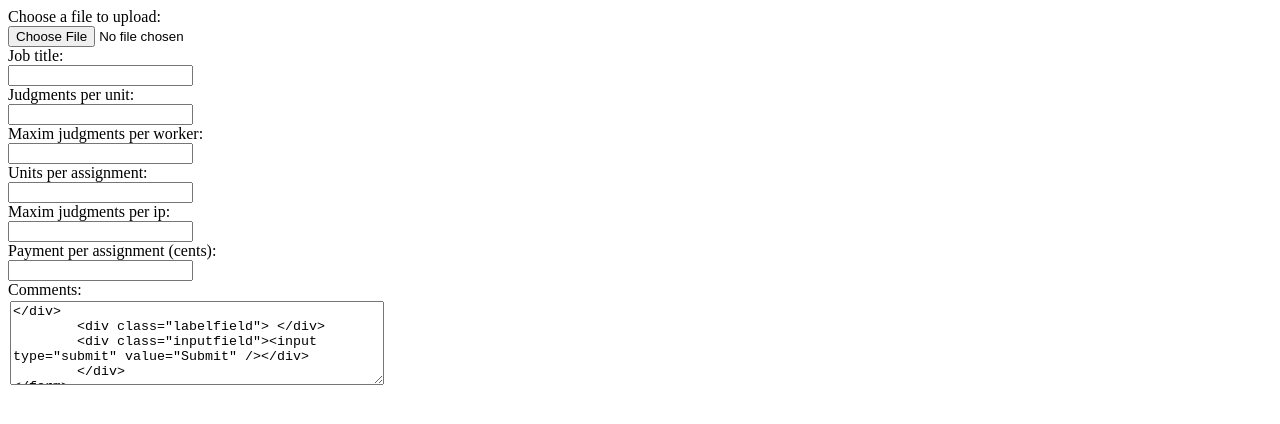
Repository: laroyo/watsonc
Page: http://localhost/oana/index.php
These files come from the project's save history. The page is drawn as it stood at one moment and after the next save; the edit follows.
The browser window is 1280 px wide. The pictures show the whole page.
The page is run by PHP 8.4 with error messages shown; the project is at /var/www/html/.

Above is the page before, as saved 2013-03-06 10:26:03.

After the next save:
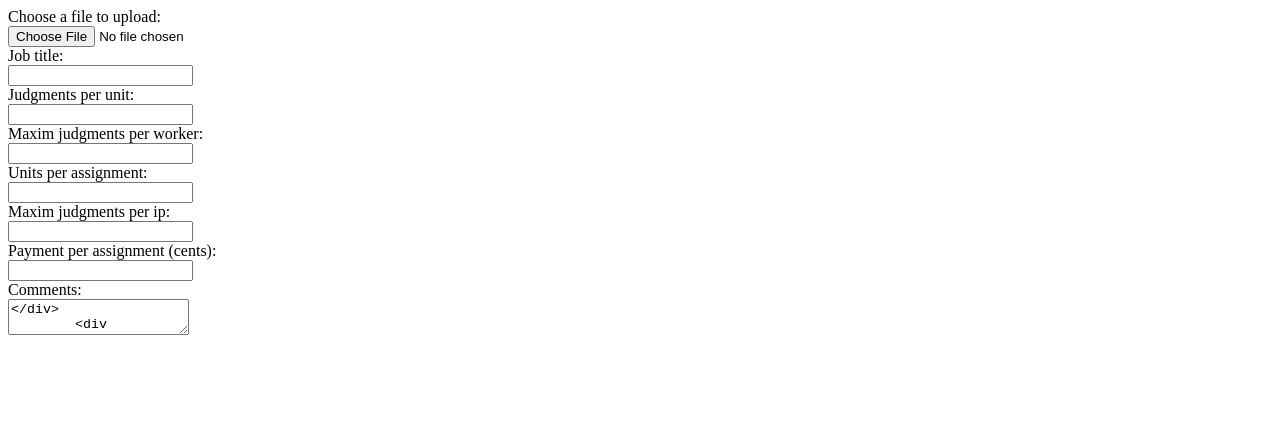
Saved 4 min 17 s later.
--- a/GUI/stift7/hui/oana/index.php
+++ b/GUI/stift7/hui/oana/index.php
@@ -10,17 +10,17 @@
 	<div class="labelfield">Job title:</div>
 	<div class="inputfield"><input type="text" name="title" class = "textboxInput"/></div>
 	<div class="labelfield">Judgments per unit:</div>
-	<div class="inputfield"><input type="text" name="judgments_per_unit" /></div>
+	<div class="inputfield"><input type="text" name="judgments_per_unit" class = "textboxInput"/></div>
 	<div class="labelfield">Maxim judgments per worker:</div>
-	<div class="inputfield"><input type="text" name="max_judgments_per_worker" /></div>
+	<div class="inputfield"><input type="text" name="max_judgments_per_worker" class = "textboxInput"/></div>
 	<div class="labelfield">Units per assignment:</div>
-	<div class="inputfield"><input type="text" name="units_per_assignment" /></div>
+	<div class="inputfield"><input type="text" name="units_per_assignment" class = "textboxInput"/></div>
 	<div class="labelfield">Maxim judgments per ip:</div>
-	<div class="inputfield"><input type="text" name="max_judgments_per_ip" /></div>
+	<div class="inputfield"><input type="text" name="max_judgments_per_ip" class = "textboxInput"/></div>
 	<div class="labelfield">Payment per assignment (cents):</div>
-	<div class="inputfield"><input type="text" name="payment" /></div>
+	<div class="inputfield"><input type="text" name="payment" class = "textboxInput"/></div>
 	<div class="labelfield" title = "The purposes or notes of creating the job">Comments:</div>
-	<div class="inputfield"><textarea name="job_comment" style="margin: 2px; width: 374px; height: 84px;"/></div>
+	<div class="inputfield"><textarea name="job_comment" class = "commentboxInput"/></div>
 	<div class="labelfield">&nbsp;</div>
 	<div class="inputfield"><input type="submit" value="Submit" /></div>
 	</div>
